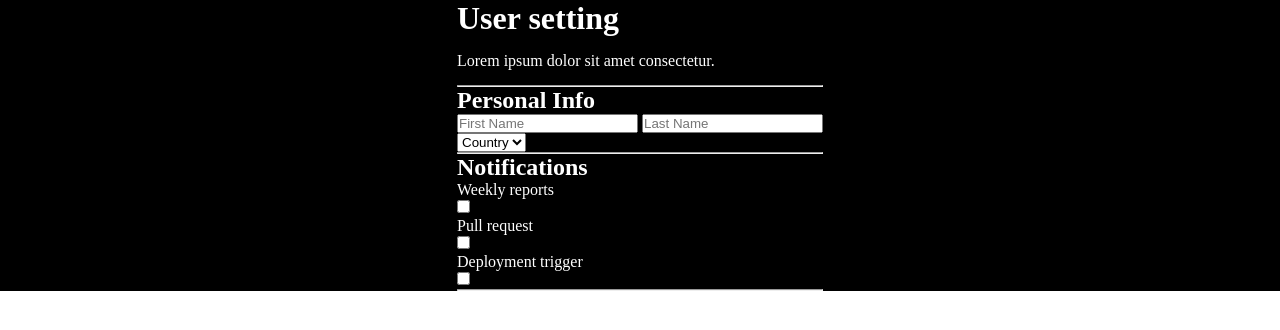
Repository: imokha01/DOM
Page: index.html
These files come from the project's save history. The page is drawn as it stood at one moment and after the next save; the edit follows.
The browser window is 1280 px wide. The pictures show the whole page.

Above is the page before, as saved 2023-12-19 17:17:48.

After the next save:
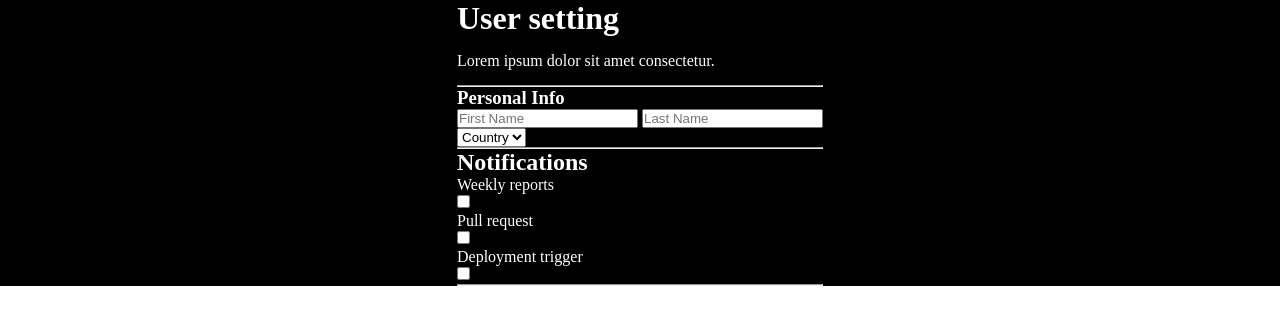
Saved 24 s later.
--- a/index.html
+++ b/index.html
@@ -15,7 +15,7 @@
       </div>
       <hr>
       <div>
-        <h2>Personal Info</h2>
+        <h3>Personal Info</h3>
         <input type="text" class="firstName" placeholder="First Name">
         <input type="text" class="lastName" placeholder="Last Name"> <br>
         <select>
